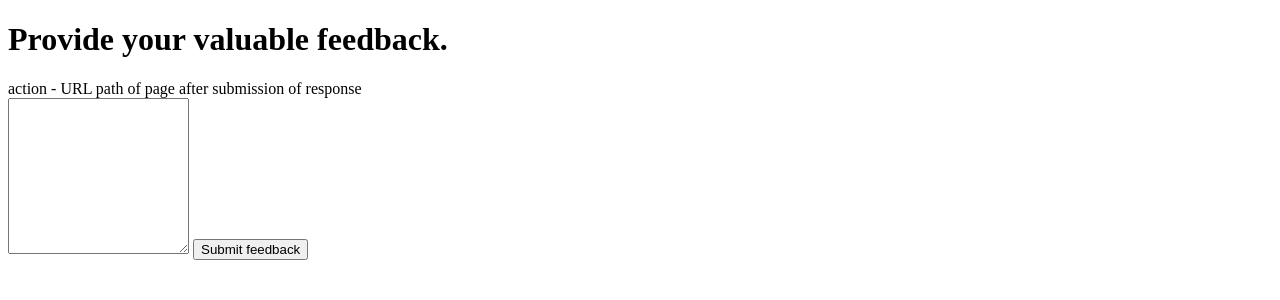
Repository: alph-a07/Java-EE
Page: http://localhost/FeedBackPage/SubmitFeedback.jsp
The author's editor kept a copy of each file at every save. The page is drawn from the files as they stood at one save, then again after the next save.
The browser window is 1280 px wide. The pictures show the whole page.
The page is served by Tomcat 9. Other server files are loaded and not shown.

Above is the page before, as saved 2023-01-21 10:46:56.

### FeedBackPage/src/main/webapp/SubmitFeedback.jsp
<%@ page language="java" contentType="text/html; charset=ISO-8859-1"
	pageEncoding="ISO-8859-1"%>

<!DOCTYPE html>

<html>

	<head>
	<meta charset="ISO-8859-1">
	<title>Feedback page</title>
	</head>

	<body>
		<h1>Provide your valuable feedback.</h1>

		action - URL path of page after submission of response
		<form action="feedbackReceieved" method="post">
			<textarea rows=10 name="feedbackParam"></textarea>
			<input type="submit" name="submit" value="Submit feedback" />
		</form>
	</body>

</html>

After the next save:
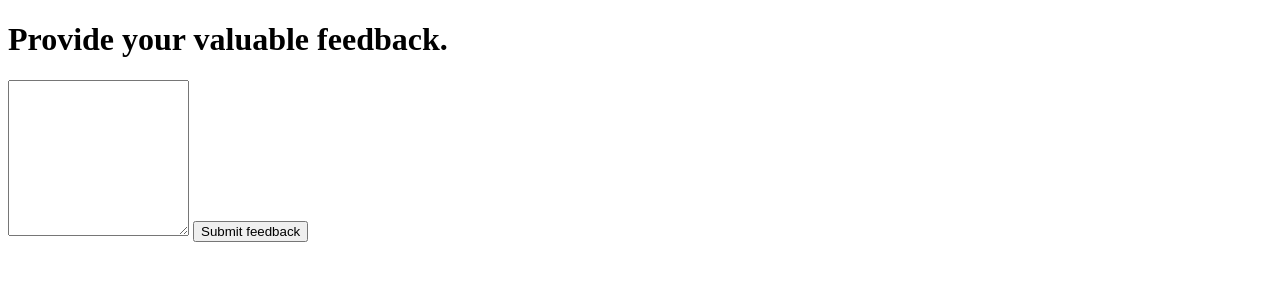
Saved 56 s later.
--- a/FeedBackPage/src/main/webapp/SubmitFeedback.jsp
+++ b/FeedBackPage/src/main/webapp/SubmitFeedback.jsp
@@ -13,7 +13,7 @@
 	<body>
 		<h1>Provide your valuable feedback.</h1>
 
-		action - URL path of page after submission of response
+<!-- 		action - URL path of page after submission of response -->
 		<form action="feedbackReceieved" method="post">
 			<textarea rows=10 name="feedbackParam"></textarea>
 			<input type="submit" name="submit" value="Submit feedback" />
